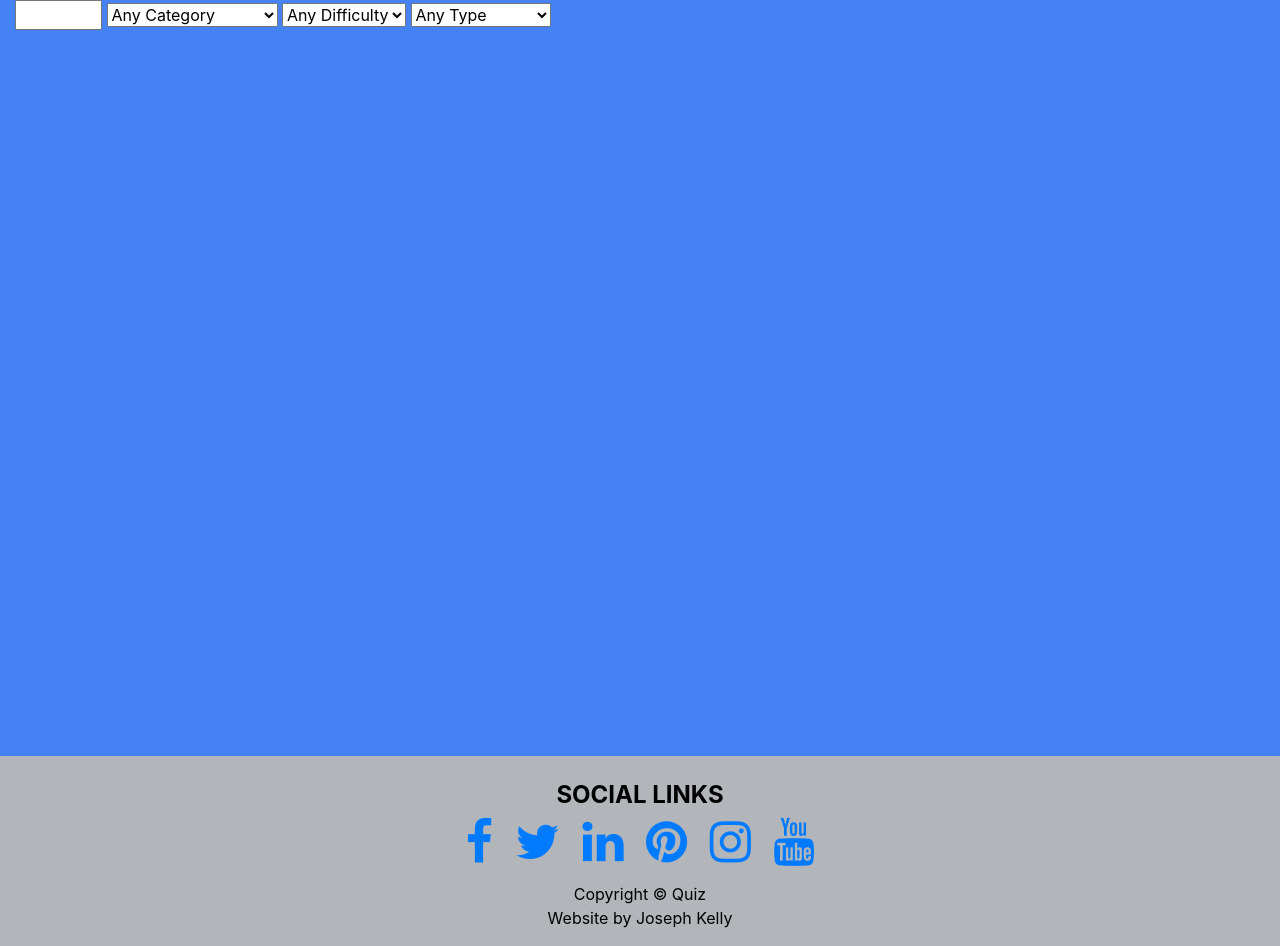
Repository: Code-Institute-Submissions/quiz-1
Page: load.html
The author's editor kept a record of every edit. The page is drawn from the files as they stood at one moment, then again after the next edit.
The browser window is 1280 px wide. The pictures show the whole page.

Above is the page before.

### load.html
<!DOCTYPE html>
<html lang="en">

<head>
    <meta charset="UTF-8">
    <meta name="viewport" content="width=device-width, initial-scale=1.0">
    <meta http-equiv="X-UA-Compatible" content="ie=edge">
    <link rel="stylesheet" href="https://stackpath.bootstrapcdn.com/bootstrap/4.4.1/css/bootstrap.min.css" type="text/css" />
    <link rel="stylesheet" href="https://stackpath.bootstrapcdn.com/font-awesome/4.7.0/css/font-awesome.min.css" type="text/css" />
    <link href="https://fonts.googleapis.com/css2?family=Montserrat&display=swap" rel="stylesheet">
    <link rel="stylesheet" href="assets/css/style.css" type="text/css" />
    <title>Quiz</title>
</head>
<body>
    <div class="container-fluid home">
        <input type="number" name="number-of-questions" min="1" max="50" class="select-options">
        <select class="select-options">
            <option value="any">Any Category</option>
            <option value="general-knowledge">General Knowledge</option>
            <option value="books">Books</option>
            <option value="films">Films</option>
            <option value="music">Music</option>
            <option value="musicals">Musicals</option>
            <option value="television">Television</option>
            <option value="video-games">Video Games</option>
            <option value="board-games">Board Games</option>
            <option value="science-&-nature">Science & Nature</option>
            <option value="computers">Computers</option>
            <option value="mathematics">Mathematics</option>
            <option value="mythology">Mythology</option>
            <option value="sports">Sports</option>
            <option value="geography">Geography</option>
            <option value="history">History</option>
            <option value="politics">Politics</option>
            <option value="art">Art</option>
            <option value="celebrities">Celebrities</option>
            <option value="animals">Animals</option>
            <option value="vehicles">Vehicles</option>
        </select>
        <select class="select-options">
            <option value="any-difficulty">Any Difficulty</option>
            <option value="easy">Easy</option>
            <option value="medium">Medium</option>
            <option value="hard">Hard</option>
        </select>
        <select class="select-options">
            <option value="any-type">Any Type</option>
            <option value="multiple-choice">Multiple Choice</option>
            <option value="true/false">True/False</option>
        </select>
    </div>
</body>
<footer class="container-fluid">
        <div id="footer-details" class="row">
            <div class="col-sm">
                <h4 class="uppercase footer-info">Social Links</h4>
                <ul class="list-inline social-links">
                    <li class="list-inline-item">
                        <a target="_blank" href="#">
                            <i class="fa fa-facebook fa-3x" aria-hidden="true"></i>
                            <span class="sr-only">Facebook</span>
                        </a>
                    </li>
                    <li class="list-inline-item">
                        <a target="_blank" href="#">
                            <i class="fa fa-twitter fa-3x" aria-hidden="true"></i>
                            <span class="sr-only">Twitter</span>
                        </a>
                    </li>
                    <li class="list-inline-item">
                        <a target="_blank" href="#">
                            <i class="fa fa-linkedin fa-3x" aria-hidden="true"></i>
                            <span class="sr-only">LinkedIn</span>
                        </a>
                    </li>
                    <li class="list-inline-item">
                        <a target="_blank" href="#">
                            <i class="fa fa-pinterest fa-3x" aria-hidden="true"></i>
                            <span class="sr-only">pinterest</span>
                        </a>
                    </li>
                    <li class="list-inline-item">
                        <a target="_blank" href="#">
                            <i class="fa fa-instagram fa-3x" aria-hidden="true"></i>
                            <span class="sr-only">Instagram</span>
                        </a>
                    </li>
                    <li class="list-inline-item">
                        <a target="_blank" href="#">
                            <i class="fa fa-youtube fa-3x" aria-hidden="true"></i>
                            <span class="sr-only">Youtube</span>
                        </a>
                    </li>
                </ul>
                <div class="copyright">
                    <p>Copyright &#169; Quiz<br>Website by Joseph Kelly</p>
                </div>
            </div>
        </div>
    </footer>
</body>

### assets/css/style.css
/*--------------------------- home --------------- */
.home{
    background-color: #4582F4;
}

.info {
  font-family: 'Montserrat', sans-serif;
  text-align: center;
  padding-top: 40px;
  width: 50%;
  margin: auto;
}

.load {
  display: flex;
  justify-content: center;
  align-items: center;
  padding-top: 40px;
  padding-bottom: 40px;
}

.load-button {
  background-color: #1D2129;
}

/*--------------------------- animation --------------- */

.quiz-time {
  text-align: center;
  padding-top: 100px;
  width: 100vw;
  font-family: 'Montserrat', sans-serif;
  display: flex;
  justify-content: center;
  align-items: center;
  margin: -20px;
}

h1 span {
  position: relative;
  top: 20px;
  display: inline-block;
  -webkit-animation: bounce 0.3s ease infinite alternate;
  font-size: 110px;
  color: #fff;
  text-shadow: 0 1px 0 #ccc, 0 2px 0 #ccc, 0 3px 0 #ccc, 0 4px 0 #ccc,
    0 5px 0 #ccc, 0 6px 0 transparent, 0 7px 0 transparent, 0 8px 0 transparent,
    0 9px 0 transparent, 0 10px 10px rgba(0, 0, 0, 0.4);
}

h1 span:nth-child(2) {
  -webkit-animation-delay: 0.1s;
}

h1 span:nth-child(3) {
  -webkit-animation-delay: 0.2s;
}

h1 span:nth-child(4) {
  -webkit-animation-delay: 0.3s;
}

h1 span:nth-child(5) {
  -webkit-animation-delay: 0.4s;
}

h1 span:nth-child(6) {
  -webkit-animation-delay: 0.5s;
}

h1 span:nth-child(7) {
  -webkit-animation-delay: 0.6s;
}

h1 span:nth-child(8) {
  -webkit-animation-delay: 0.2s;
}

h1 span:nth-child(9) {
  -webkit-animation-delay: 0.3s;
}

h1 span:nth-child(10) {
  -webkit-animation-delay: 0.4s;
}

h1 span:nth-child(11) {
  -webkit-animation-delay: 0.5s;
}

h1 span:nth-child(12) {
  -webkit-animation-delay: 0.6s;
}

h1 span:nth-child(13) {
  -webkit-animation-delay: 0.7s;
}

h1 span:nth-child(14) {
  -webkit-animation-delay: 0.8s;
}

/* ANIMATION */
@-webkit-keyframes bounce {
  100% {
    top: -20px;
    text-shadow: 0 1px 0 #ccc, 0 2px 0 #ccc, 0 3px 0 #ccc, 0 4px 0 #ccc,
      0 5px 0 #ccc, 0 6px 0 #ccc, 0 7px 0 #ccc, 0 8px 0 #ccc, 0 9px 0 #ccc,
      0 50px 25px rgba(0, 0, 0, 0.2);
  }
}

/*--------------------------- home --------------- */
.home{
    background-color: #4582F4;
    width: auto;
    height: 756px;
}

.info {
  font-family: 'Montserrat', sans-serif;
}



/*--------------------------- footer --------------- */

footer {
    color: #fafafa;
    padding-top: 25px;
    background-color: #B2B5B9;
    display: inline-block;
}

.footer-info {
    font-weight: bold;
    text-align: center;
    color: #000000;
}

.list-inline-item {
    margin-left: 10px;
    margin-right: 10px;
}

.uppercase {
    text-transform: uppercase;
}

.social-links {
    text-align: center;
    color: #000000;
}

.copyright {
    text-align: center;
    color: #000000;
}

After the next edit:
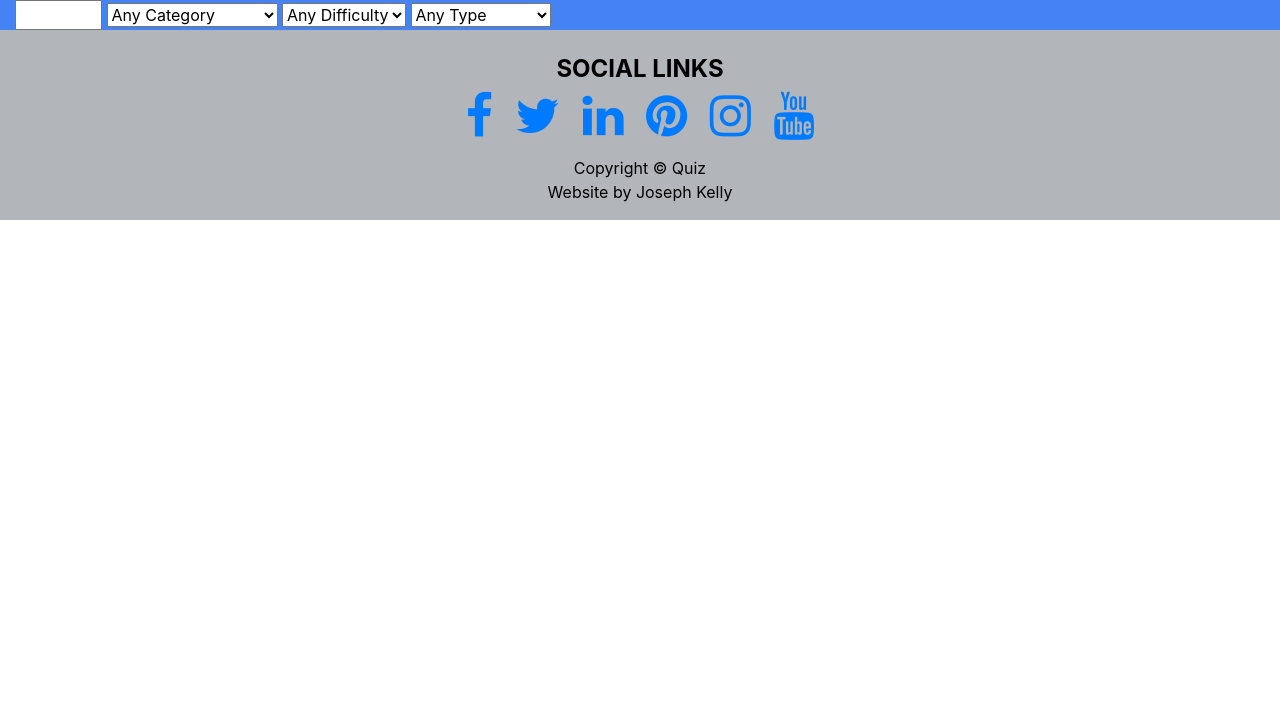
The edit:
--- a/assets/css/style.css
+++ b/assets/css/style.css
@@ -110,19 +110,6 @@
   }
 }
 
-/*--------------------------- home --------------- */
-.home{
-    background-color: #4582F4;
-    width: auto;
-    height: 756px;
-}
-
-.info {
-  font-family: 'Montserrat', sans-serif;
-}
-
-
-
 /*--------------------------- footer --------------- */
 
 footer {
